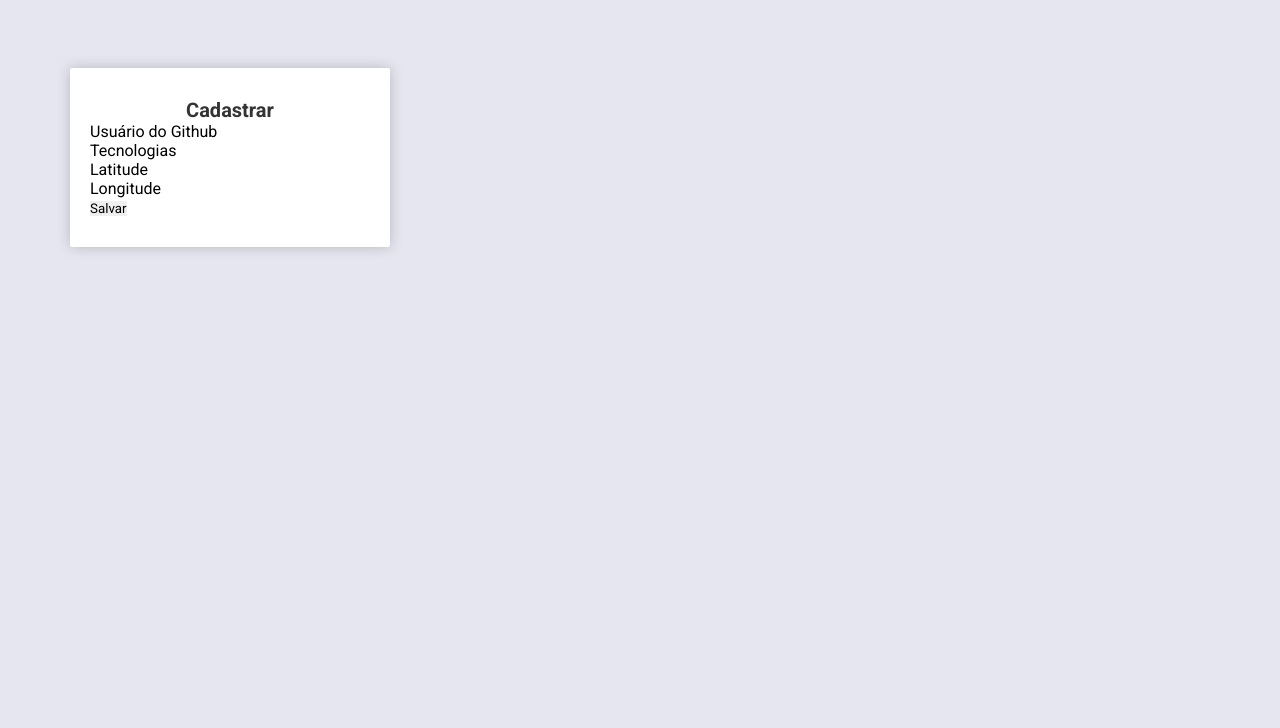
Repository: Jonatas-Castro/react_frontend
Page: /
An editor plug-in stored every save of this project. The page is shown before and after the next save, followed by the edit.
The browser window is 1280 px wide. The pictures show the whole page.
The project was rebuilt for these pictures with package versions that can differ from the ones it lists, and the page was loaded fresh each time. Also part of the build but not shown: src/Mean.css.

Above is the page before, as saved 2020-01-16 15:08:58.

After the next save:
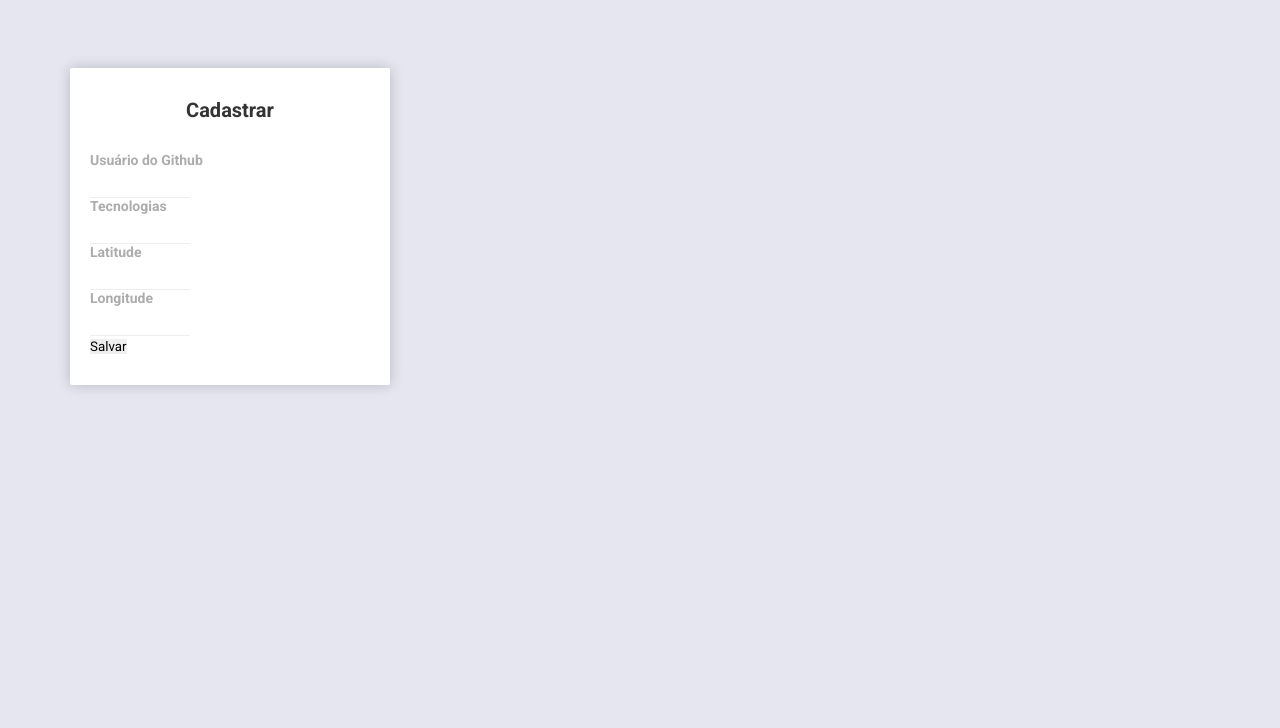
Saved 2 min 52 s later.
--- a/src/Sidebar.css
+++ b/src/Sidebar.css
@@ -11,3 +11,21 @@ aside strong{
     display: block;
     color: #333;
 }
+aside form{
+    margin-top: 30px;
+
+}
+aside form .input-block label{
+    color:#acacac;
+    font-size: 14px;
+    font-weight: bold;
+    display: block;
+}
+aside form .input-block input{
+    width: 100px;
+    height: 30px;
+    font-size: 14px;
+    color: #777;
+    border: 0;
+    border-bottom: 1px solid #eee;
+}
